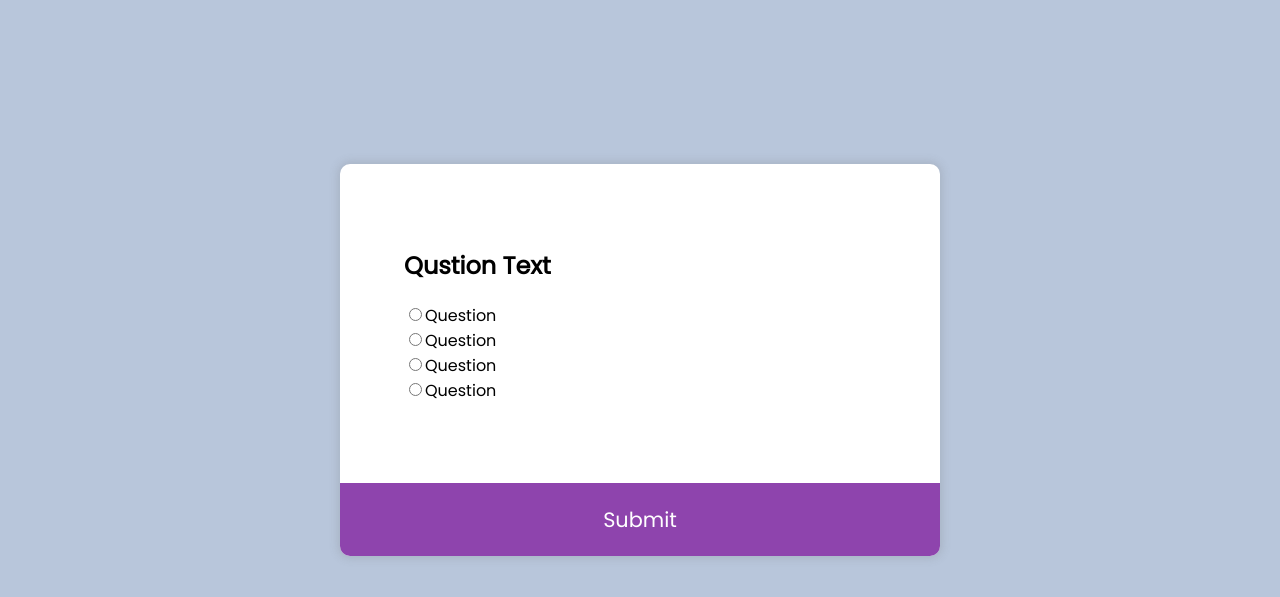
Repository: Abhi2359/Intermediate-projects
Page: Quiz App/index.html
An editor plug-in stored every save of this project. The page is shown before and after a run of saves, followed by the edit.
The browser window is 1280 px wide. The pictures show the whole page.
The pointer rests on the first visible `button`.

Above is the page before, as saved 2023-01-31 14:18:10.

After the next 3 saves:
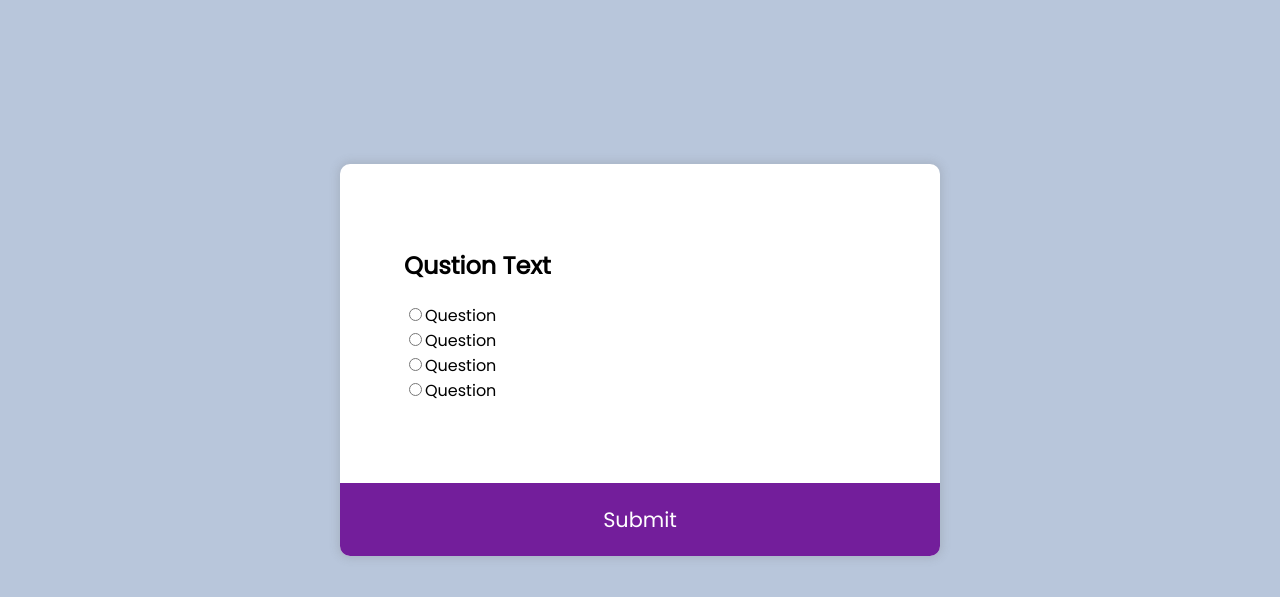
The 3 saves are shown as one change because they came seconds apart.
The last was saved 42 s later.
--- a/Quiz App/style.css
+++ b/Quiz App/style.css
@@ -49,5 +49,5 @@ body {
  }
 
  button:hover{
-  background-color: #8e44ad;
+  background-color: #731e9b;
  }
